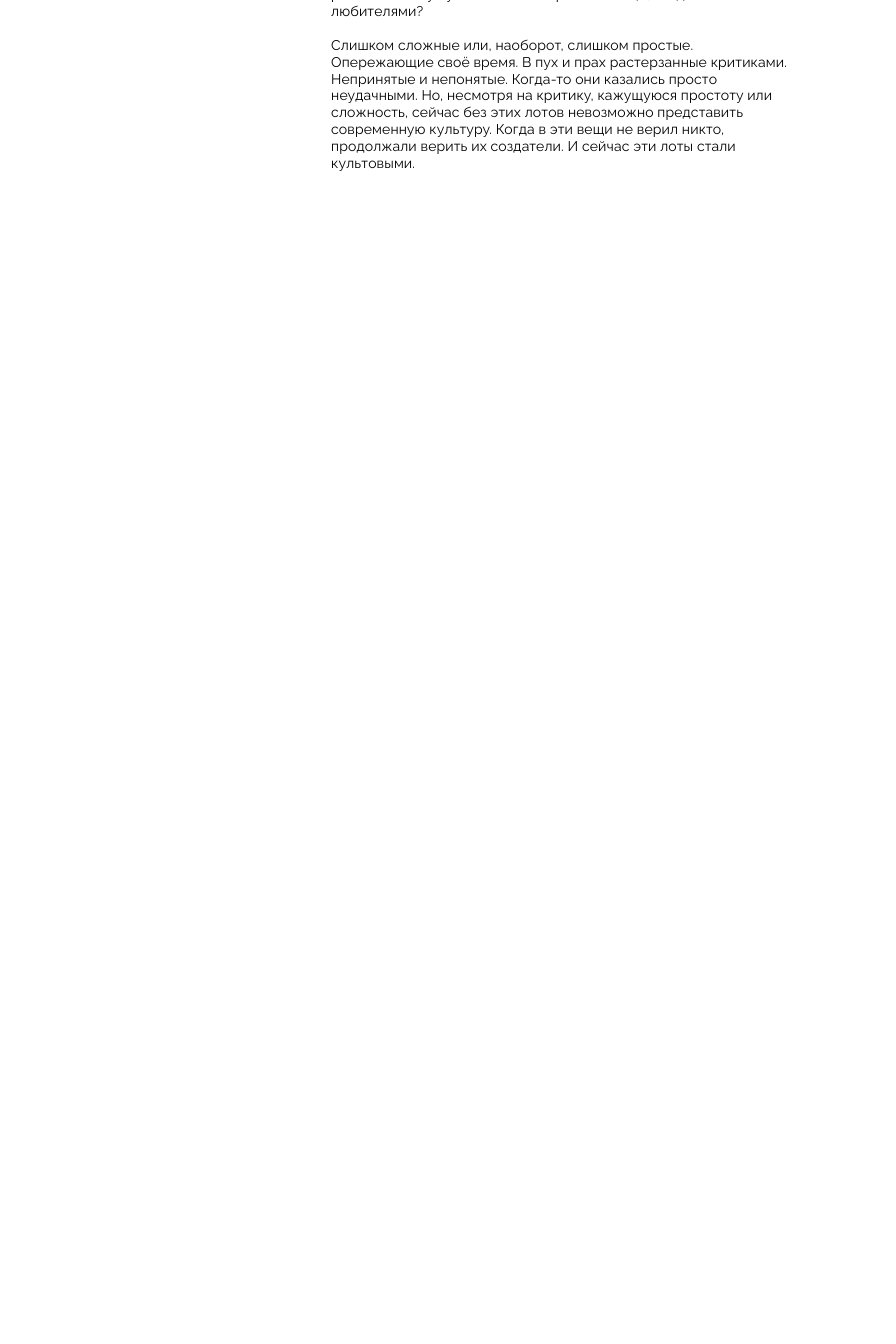
Repository: Smoyki/ono-tebe-nado
Page: index.html
The author's editor kept a copy of each file at every save. The page is drawn from the files as they stood at one save, then again after the next save.
The browser window is 1280 px wide. The pictures show the part of the page from y = 2465 to 4385 px (the page is 4674 px tall before and 2904 px after), at 70% of full size.

Above is the page before, as saved 2024-04-16 22:36:01.

After the next save:
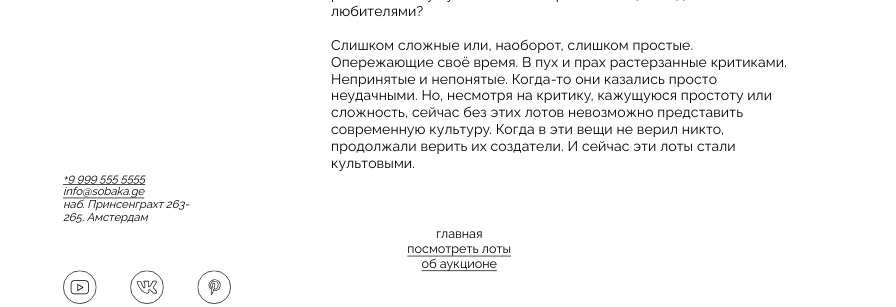
Saved 16 s later.
--- a/styles/style.css
+++ b/styles/style.css
@@ -347,6 +347,7 @@
   gap: 25px;
 }
 
+.about
 .footer {
   display: flex;
   justify-content: space-between;

After the 2 saves that followed:
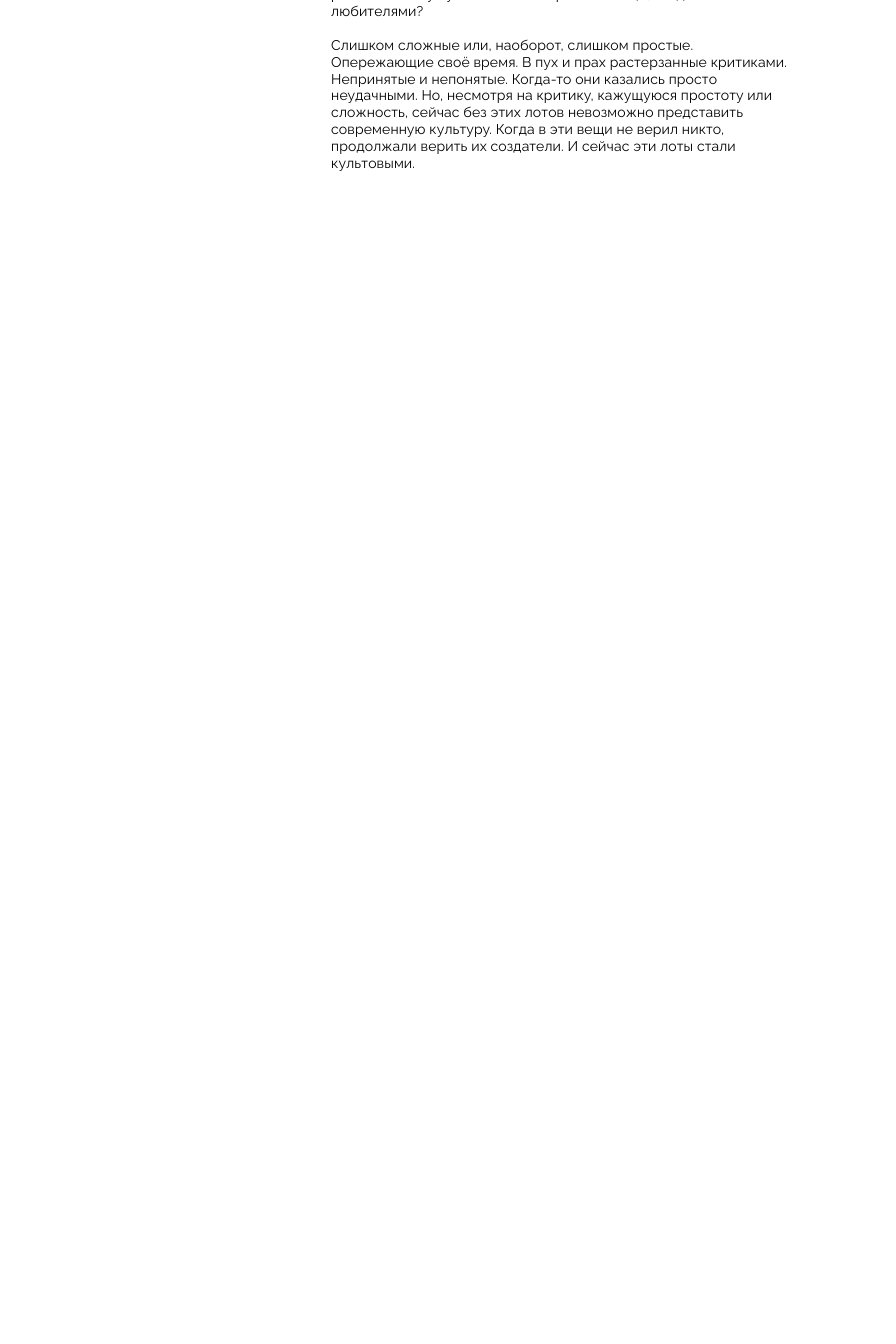
The 2 saves are shown as one change because they came seconds apart.
The last was saved 11 s later.
--- a/styles/style.css
+++ b/styles/style.css
@@ -347,7 +347,9 @@
   gap: 25px;
 }
 
-.about
+.about__text{
+
+}
 .footer {
   display: flex;
   justify-content: space-between;
